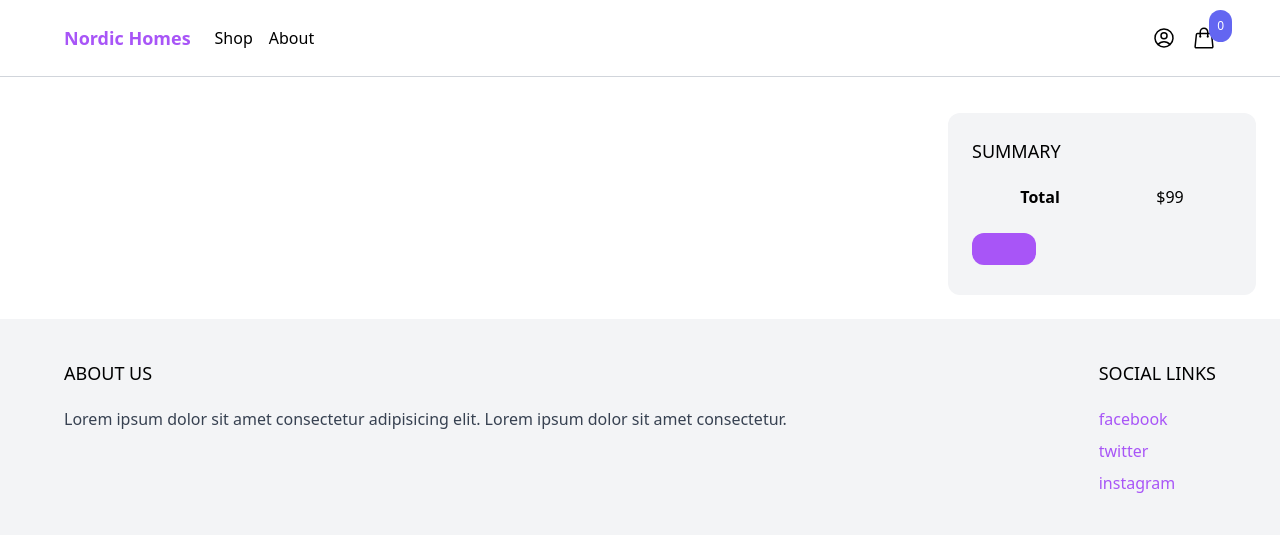
Repository: Calin224/NordicHomes
Page: cart/templates/cart/cart.html
An editor plug-in stored every save of this project. The page is shown before and after the next save, followed by the edit.
The browser window is 1280 px wide. The pictures show the whole page.
Some web libraries are served in a nearby version. The template is drawn by Django 4.2. The application's start-up code is not run. The template is opened directly, without the code that normally fills it, so the values that code supplies are empty.

Above is the page before, as saved 2023-02-16 20:34:50.

After the next save:
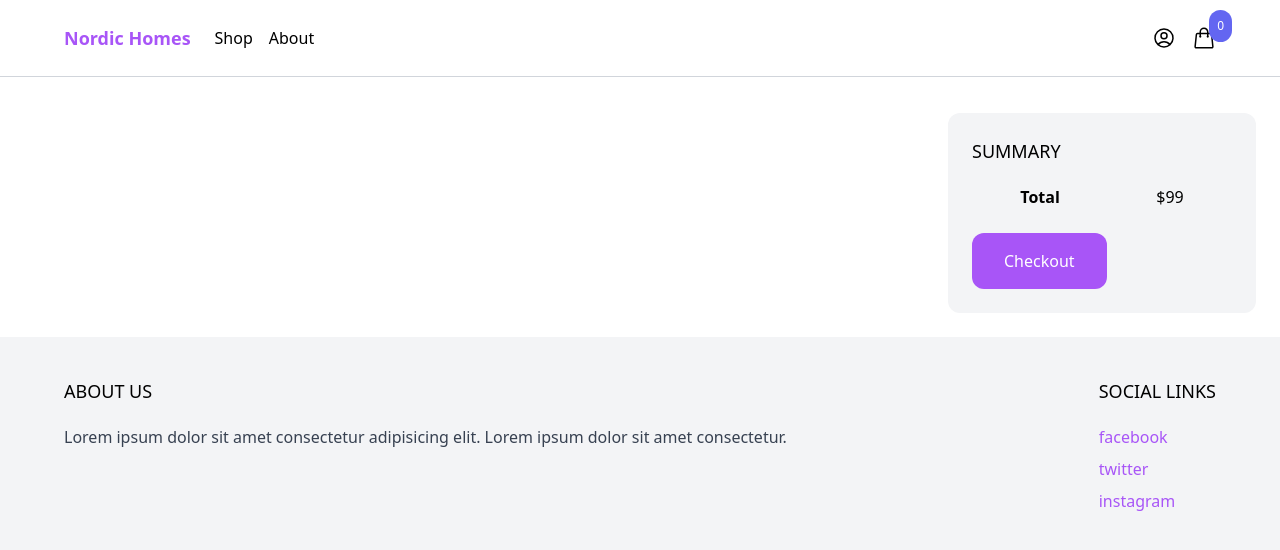
Saved 9 s later.
--- a/cart/templates/cart/cart.html
+++ b/cart/templates/cart/cart.html
@@ -15,7 +15,7 @@
             <span>$99</span>
         </div>
 
-        <a href="#" class="inline-block px-8 py-4 rounded-xl bg-purple-500 hover:bg-purple-700"></a>
+        <a href="#" class="inline-block px-8 py-4 rounded-xl bg-purple-500 hover:bg-purple-700 text-white">Checkout</a>
     </div>
 </div>
 
